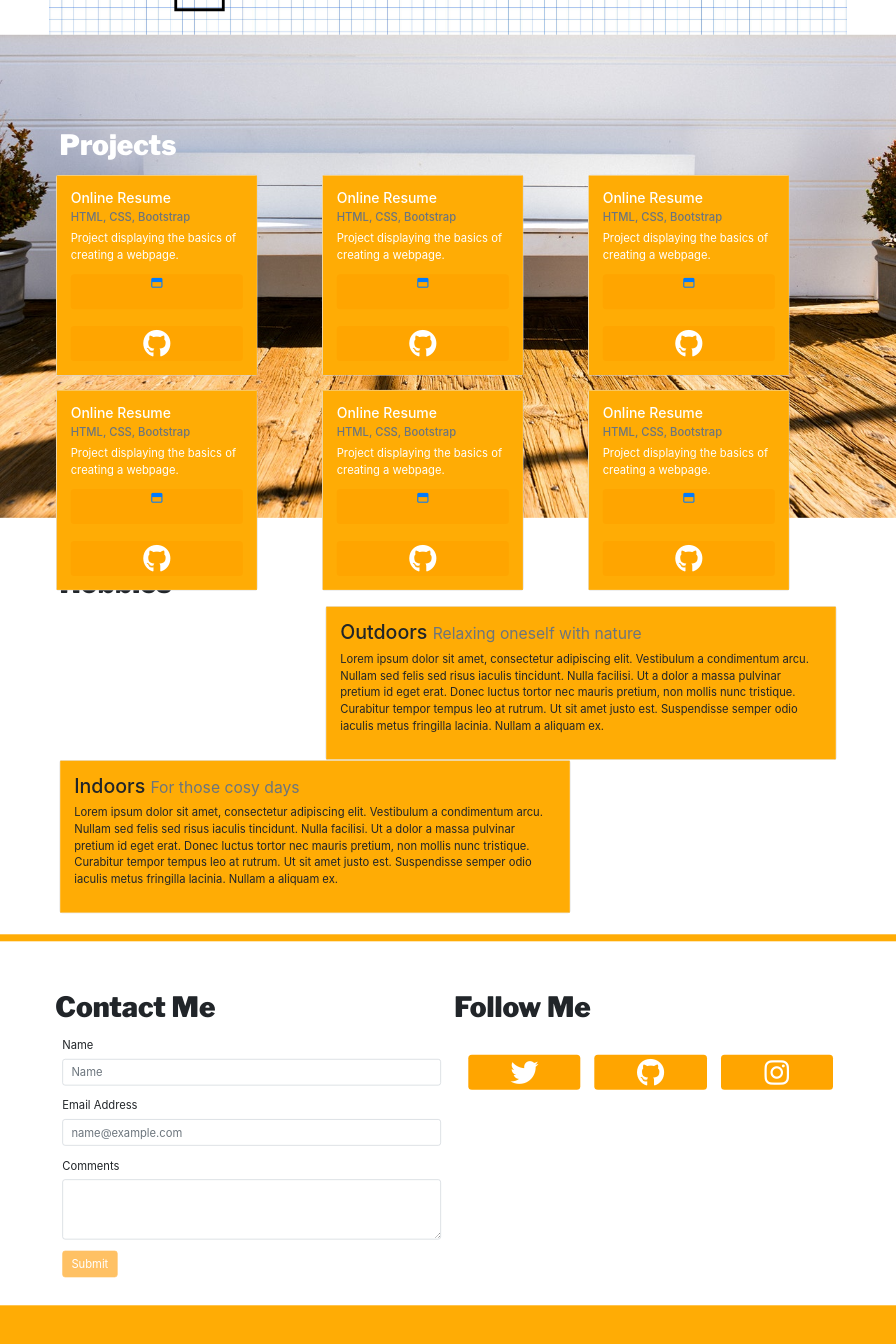
Repository: muhdarifrawi/resume-project
Page: index.html
The author's editor kept a record of every edit. The page is drawn from the files as they stood at one moment, then again after the next edit.
The browser window is 1280 px wide. The pictures show the part of the page from y = 1484 to 3404 px (the page is 3649 px tall before and 3765 px after), at 70% of full size.
Some web libraries are served in a nearby version.

Above is the page before.

After the next edit:
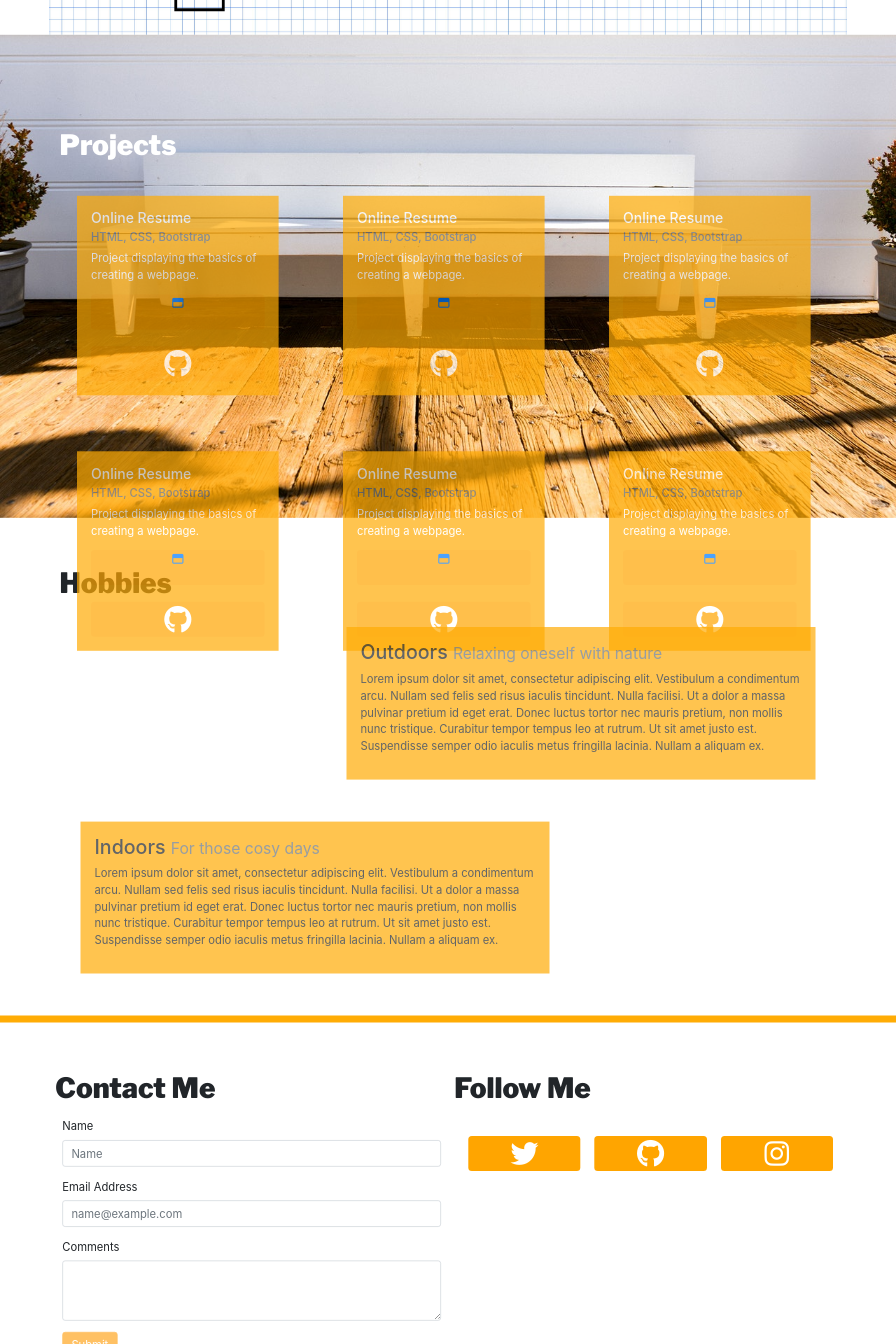
The edit:
--- a/style.css
+++ b/style.css
@@ -74,6 +74,13 @@
 
 h1 {
 font-family: 'Libre Franklin', sans-serif;
+}
+
+.card{
+    margin:30px;
+    opacity:0.7;
+    border:none;
+
 }
 
 .card-body{
